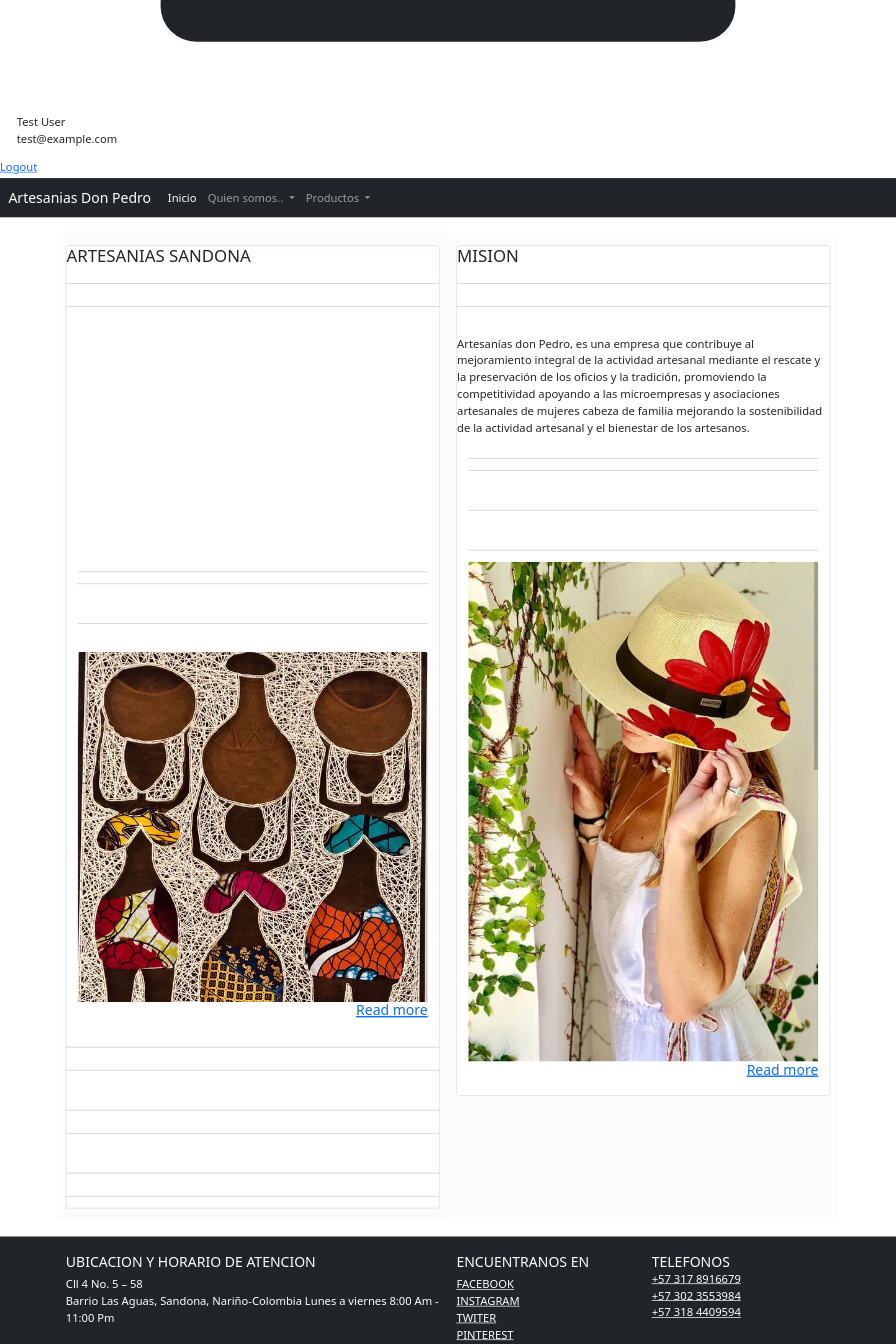
Repository: PG210/taller_artesania
Page: http://localhost/arte/vision
An editor plug-in stored every save of this project. The page is shown before and after the next save, followed by the edit.
The browser window is 1280 px wide. The pictures show the part of the page from y = 2589 to 4509 px (the page is 4587 px tall), at 70% of full size.
Pictures or frames that could not be fetched are drawn as grey boxes. The page is served by the project's Laravel application, run on PHP 8.4 with Laravel 8. A made-up administrator, Test User (test@example.com), is signed in.

Above is the page before, as saved 2021-01-14 16:23:01.

After the next save:
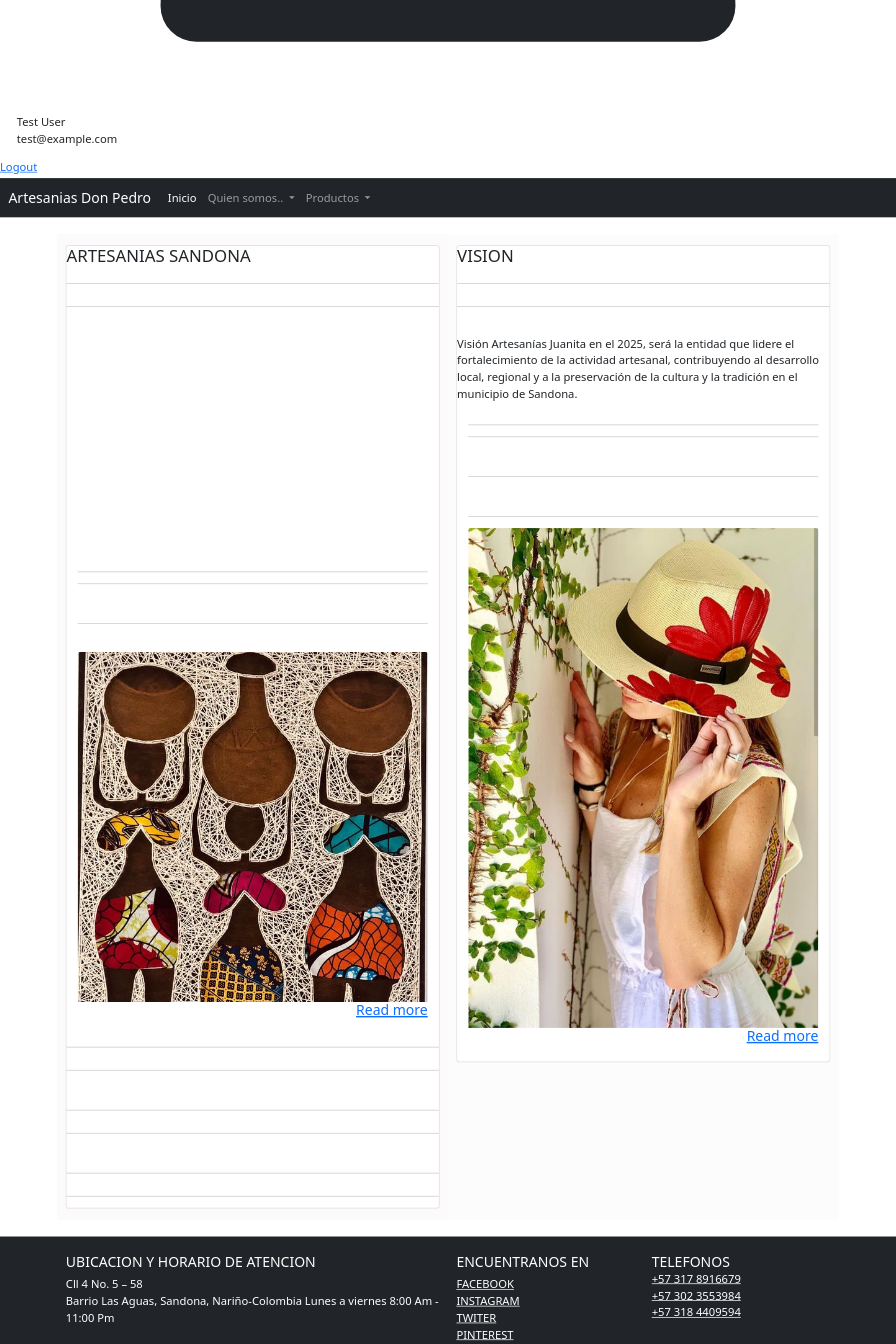
Saved 63 s later.
--- a/resources/views/arte/vision.blade.php
+++ b/resources/views/arte/vision.blade.php
@@ -85,11 +85,13 @@
                 <!-- Card Dark -->
                 <div class="card">
 
-                    <h4 class="card-title">MISION</h4>
+                    <h4 class="card-title">VISION</h4>
                         <hr class="hr-light">
                         <hr class="hr-light">
                         <br>
-                        Artesanías don Pedro, es una empresa que contribuye al mejoramiento integral de la actividad artesanal mediante el rescate y la preservación de los oficios y la tradición, promoviendo la competitividad apoyando a las microempresas y asociaciones artesanales de mujeres cabeza de familia mejorando la sostenibilidad de la actividad artesanal y el bienestar de los artesanos.
+                       Visión
+                          Artesanías Juanita en el 2025, será la entidad que lidere el fortalecimiento de la actividad artesanal, contribuyendo al desarrollo local, regional y a la preservación de la cultura y la tradición en el municipio de Sandona.
+
 
                     <!-- Card content -->
                     <div class="card-body elegant-color white-text rounded-bottom">
